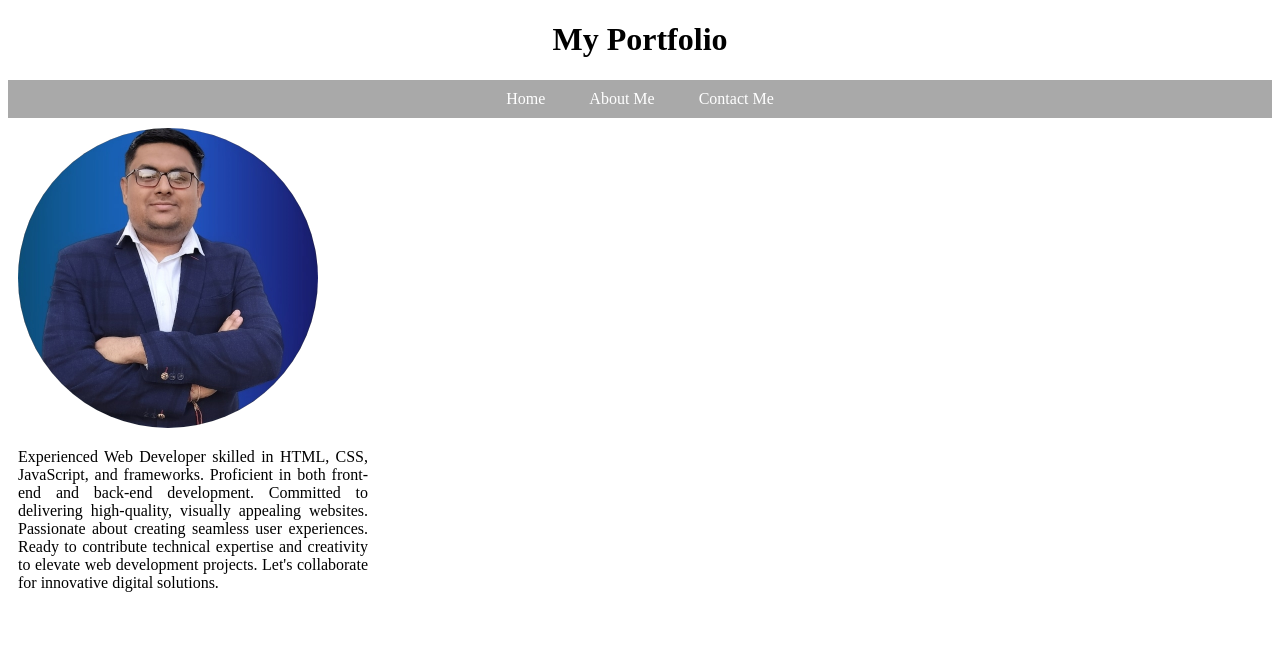
Repository: harshitanthal1/my_portfolio
Page: index.html
The author's editor kept a copy of each file at every save. The page is drawn from the files as they stood at one save, then again after the next save.
The browser window is 1280 px wide. The pictures show the whole page.

Above is the page before, as saved 2024-02-02 13:49:54.

### index.html
<!DOCTYPE html>
<html lang="en">
<head>
    <meta charset="UTF-8">
    <meta name="viewport" content="width=device-width, initial-scale=1.0">
    <title>My Portfolio</title>
    <link rel="stylesheet" href="styles/styles.css" />
</head>
<body>
    <header><h1>My Portfolio</h1></header>
    <nav>
        <li class="nav-item"><a href="index.html" target="_blank">Home</a></li>
        <li class="nav-item"><a href="aboutme.html" target="_blank" >About Me</a></li>
        <li class="nav-item"><a href="contactme.html" target="_blank" >Contact Me</a></li>
    </nav>
    <div id="profile">
        <img src="images/my_pic.jpg" width="300px" alt="Avatar" />
        <p>
            Experienced Web Developer skilled in HTML, CSS, JavaScript, and frameworks. Proficient in both front-end and back-end development. Committed to delivering high-quality, visually appealing websites. Passionate about creating seamless user experiences. Ready to contribute technical expertise and creativity to elevate web development projects. Let's collaborate for innovative digital solutions.
        </p>
    </div>

</body>
</html>

### styles/styles.css
header {
    text-align: center;
}

nav {
    background-color: darkgrey;
    color: white;
    padding: 10px;
    text-align: center;
}

li {
    display: inline;
    margin-right: 20px;
    margin-left: 20px;
}

a {
    text-decoration: none;
    color: white;
}

#profile {
    padding: 10px;
    width: 350px;
    text-align: justify;
}

img {
    border-radius: 50%;
}

After the next save:
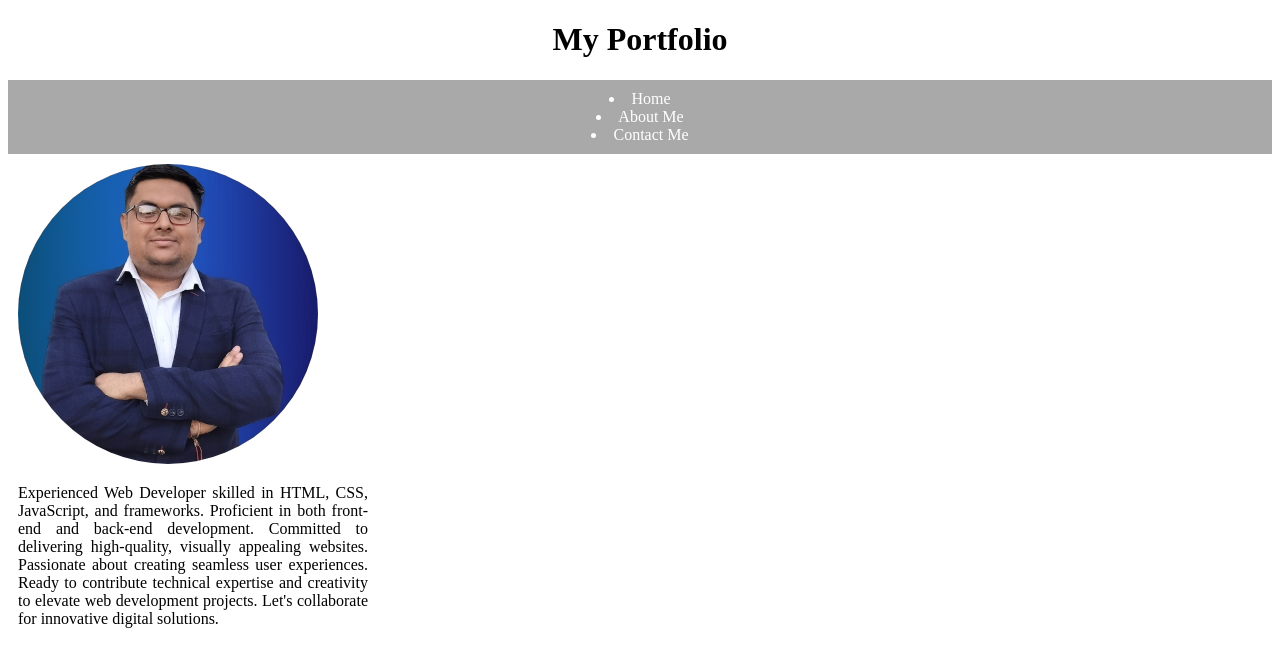
Saved 18 s later.
--- a/styles/styles.css
+++ b/styles/styles.css
@@ -9,7 +9,7 @@ nav {
     text-align: center;
 }
 
-li {
+#nav-item {
     display: inline;
     margin-right: 20px;
     margin-left: 20px;
